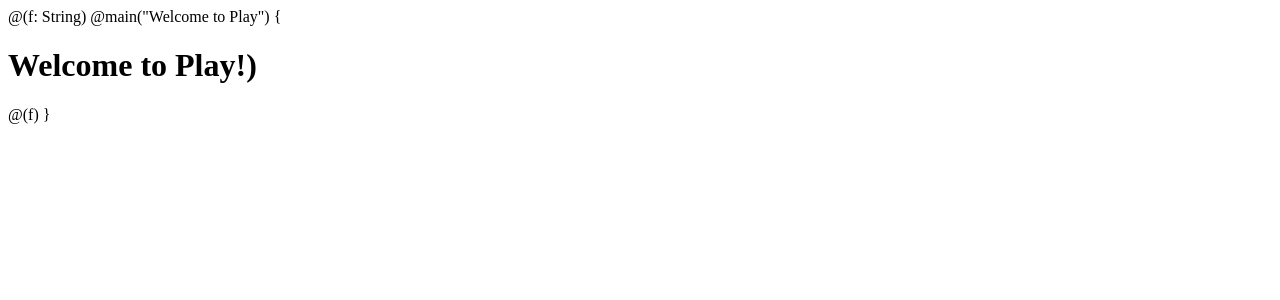
Repository: fkargar/VCASoft
Page: iautoshop/app/views/client.scala.html
An editor plug-in stored every save of this project. The page is shown before and after the next save, followed by the edit.
The browser window is 1280 px wide. The pictures show the whole page.

Above is the page before, as saved 2017-12-15 04:02:53.

### iautoshop/app/views/client.scala.html
@(f: String)

@main("Welcome to Play") {
  <h1>Welcome to Play!)</h1>
  @(f)
}

After the next save:
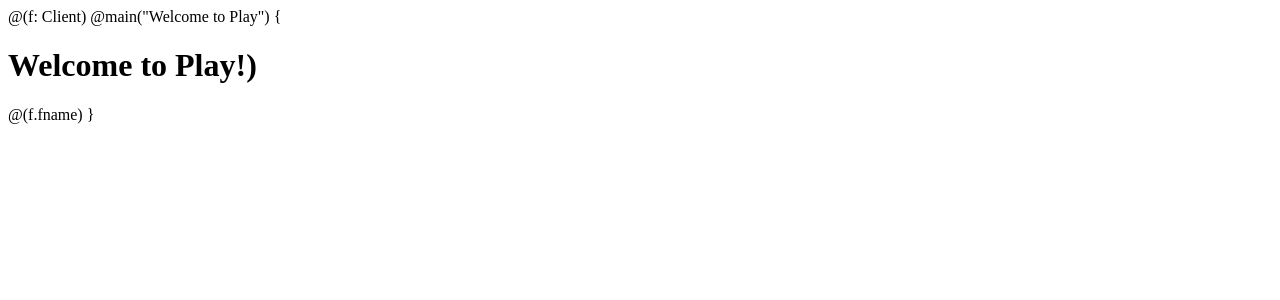
Saved 6 min 33 s later.
--- a/iautoshop/app/views/client.scala.html
+++ b/iautoshop/app/views/client.scala.html
@@ -1,6 +1,6 @@
-@(f: String)
+@(f: Client)
 
 @main("Welcome to Play") {
   <h1>Welcome to Play!)</h1>
-  @(f)
+  @(f.fname)
 }
